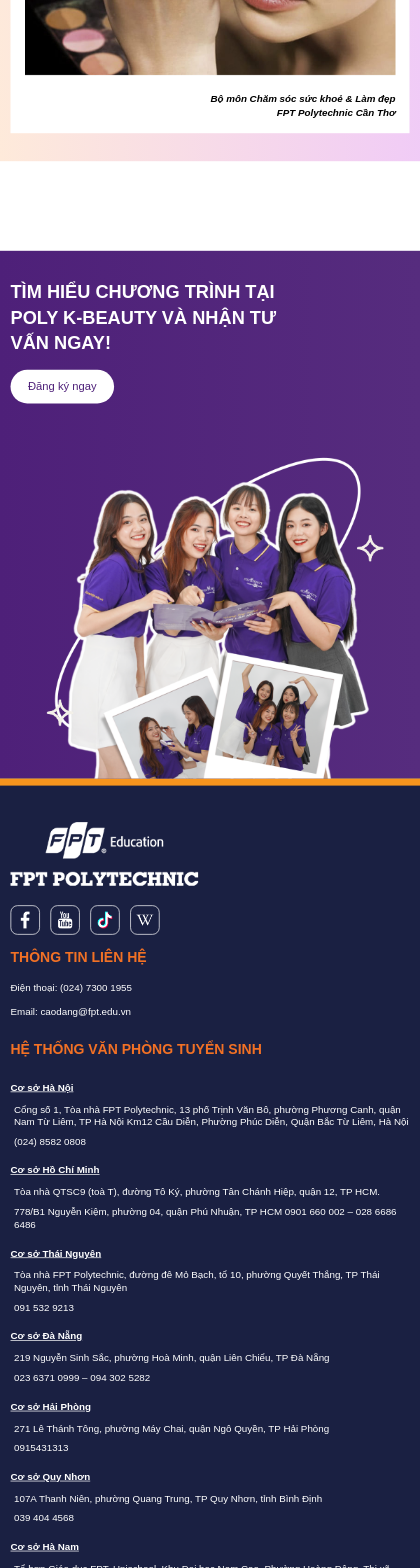
Repository: dinhtri123/k_beauty
Page: detail.html
An editor plug-in stored every save of this project. The page is shown before and after the next save, followed by the edit.
The browser window is 600 px wide. The pictures show the part of the page from y = 2166 to 4406 px (the page is 4988 px tall before and 4880 px after), at 70% of full size.
Some web fonts or font styles are not loaded; a fallback is used.

Above is the page before, as saved 2024-12-25 20:44:00.

After the next save:
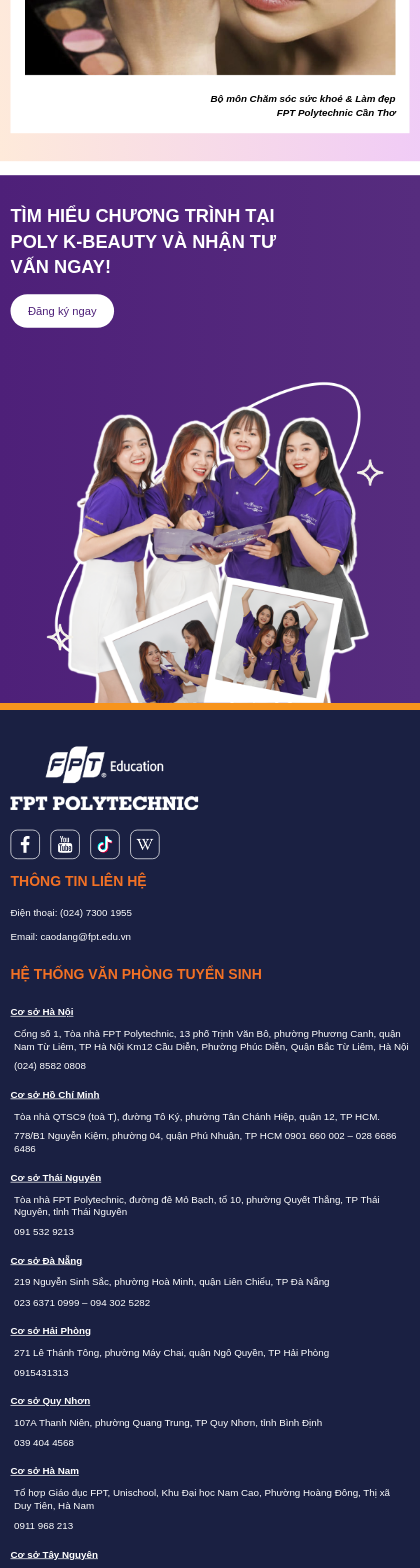
Saved 22 s later.
--- a/css/style.css
+++ b/css/style.css
@@ -853,4 +853,7 @@
     line-height: 20px;
     padding: 12px 25px;
   }
-}
+  .form-bottom {
+    margin-top: 20px;
+  }
+}
